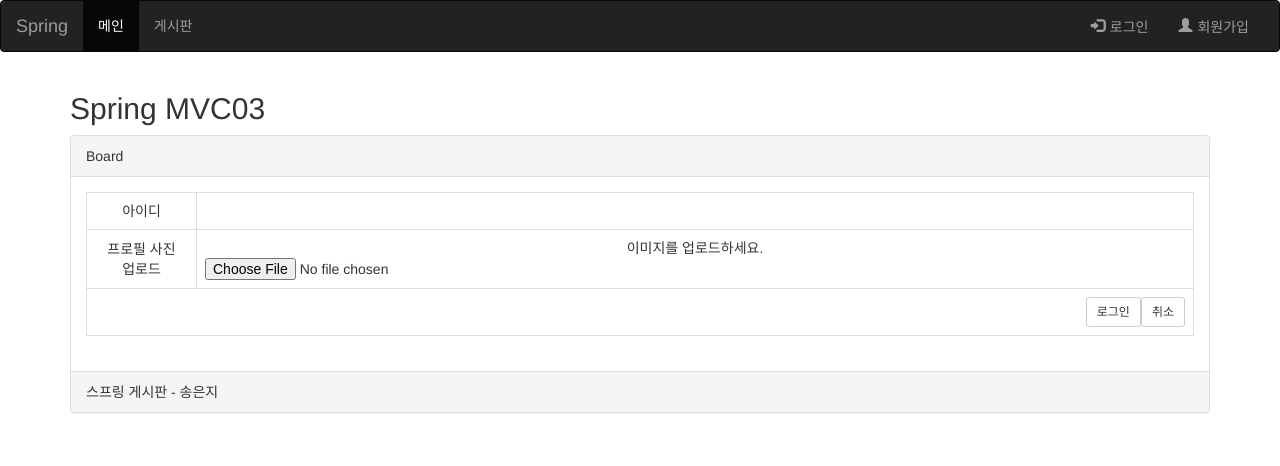
Repository: rlo-g/Spring
Page: http://localhost/SpringMVC03/WEB-INF/views/member/imageForm.jsp
The author's editor kept a copy of each file at every save. The page is drawn from the files as they stood at one save, then again after the next save.
The browser window is 1280 px wide. The pictures show the whole page.
The page is served by Tomcat 9. Nobody is signed in. The template is opened directly, without the code that normally fills it, so the values that code supplies are empty.

Above is the page before, as saved 2023-09-20 00:17:59.

After the next save:
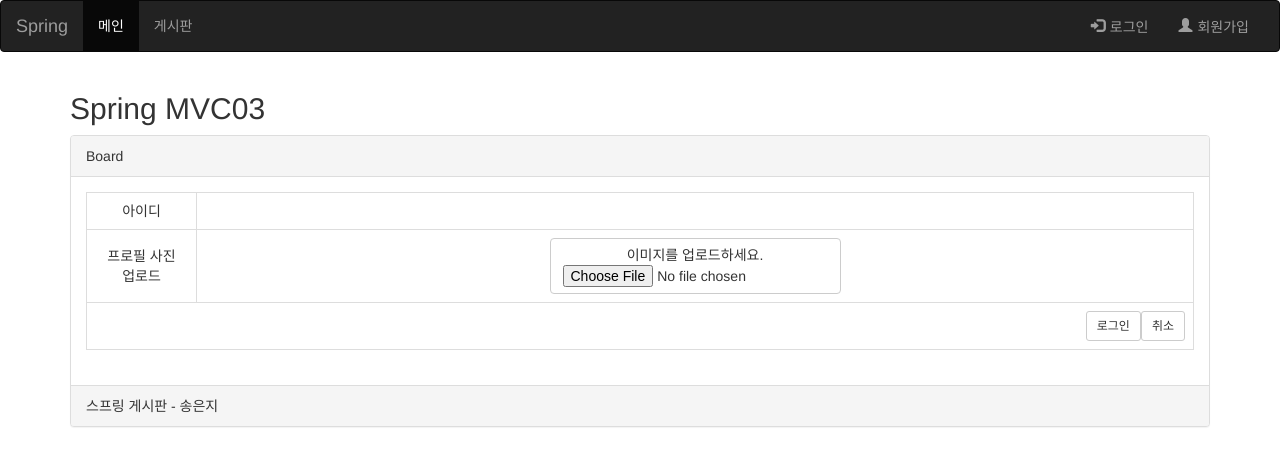
Saved 18 s later.
--- a/SpringMVC03/src/main/webapp/WEB-INF/views/member/imageForm.jsp
+++ b/SpringMVC03/src/main/webapp/WEB-INF/views/member/imageForm.jsp
@@ -43,7 +43,7 @@
     				<tr>
     					<td style="width:110px; vertical-align:middle;">프로필 사진<br>업로드</td>
     					<td colspan="2">
-    						<span>
+    						<span class="btn btn-default">
     							이미지를 업로드하세요.
     							<input type="file" name="memProfile">
     						</span>
